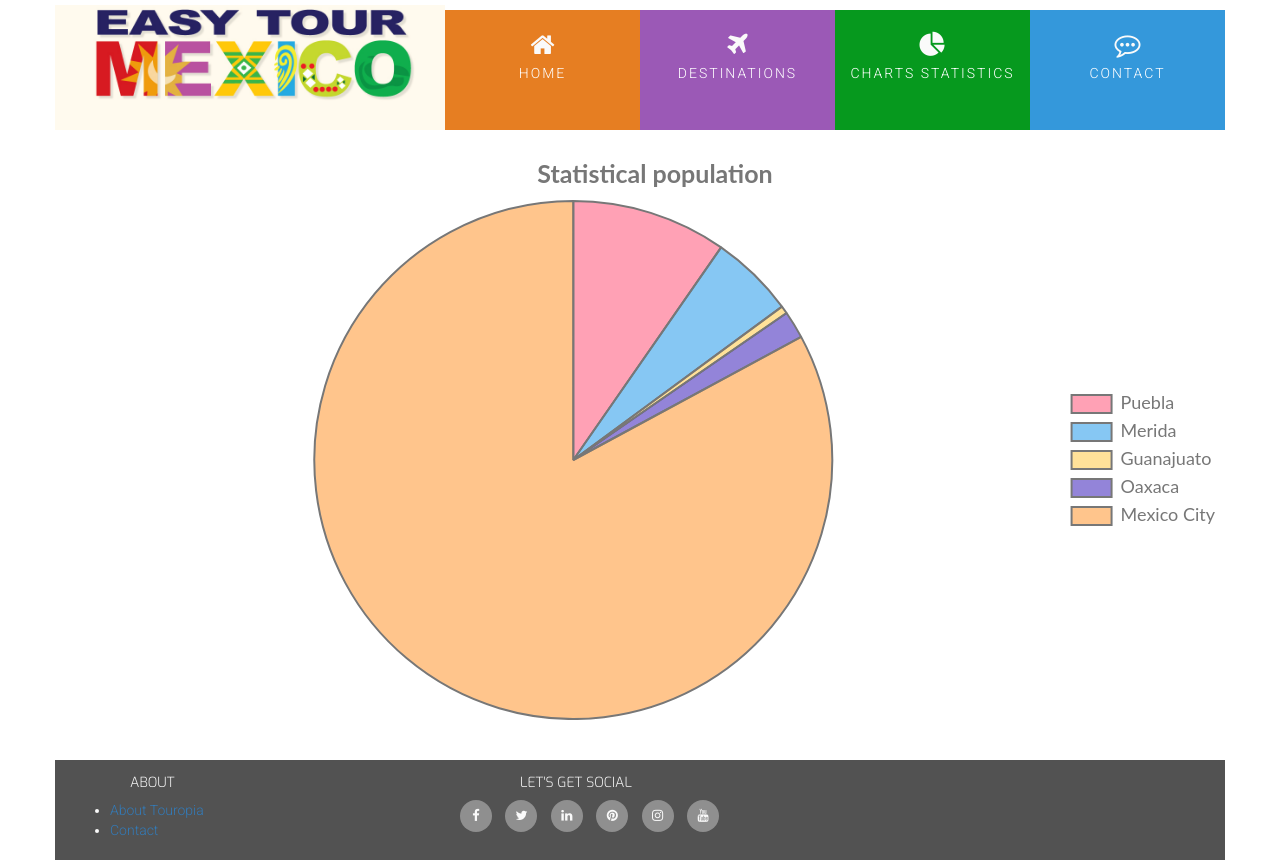
Repository: navegantemx/holiday-destination
Page: charts.html
The author's editor kept a record of every edit. The page is drawn from the files as they stood at one moment, then again after the next edit.
The browser window is 1280 px wide. The pictures show the whole page.
Some web libraries are served in a nearby version.

Above is the page before.

### charts.html
<!DOCTYPE html>
<html lang="en">
<head>
    <meta charset="UTF-8">
    <meta name="viewport" content="width=device-width, initial-scale=1.0">
    <meta http-equiv="X-UA-Compatible" content="ie=edge">
    <link rel="stylesheet" href="https://maxcdn.bootstrapcdn.com/bootstrap/3.3.7/css/bootstrap.min.css" type="text/css" />
    <link rel="stylesheet" href="https://maxcdn.bootstrapcdn.com/font-awesome/4.7.0/css/font-awesome.min.css" type="text/css" />
    <link rel="stylesheet" href="https://cdnjs.cloudflare.com/ajax/libs/hover.css/2.1.1/css/hover-min.css" type="text/css" />
    <link rel="stylesheet" href="assets/css/style.css" type="text/css" />
    <script src="https://cdnjs.cloudflare.com/ajax/libs/Chart.js/2.8.0/Chart.min.js"></script>
    <title>Holiday Destination - Mexico</title>
</head>
<body>

    <!-----------------------Website navigation bar design idea taken from resume-project "Rosie Odenkirk" ------------>
    <!-----------------------Website "Destinations" design idea taken from www.touropia.com/best-places-to-visit-in-mexico/ ------------>

    <!-----------------------Navigation Bar------------>
    <header class="container">
        <div class="row">
            <a href="index.html">
                <div class="col-md-4 logo"></div>
            </a>
            <div class="col-md-8">
                <div class="row">
                    <ul id="nav" class="list-inline clearfix">
                        <li class="col-xs-6 col-sm-3 ui-menu-color-home menuitem">
                            <a href="index.html" class="hvr-sweep-to-bottom"><i class="fa fa-home" aria-hidden="true"></i><span>Home</span></a>
                        </li>
                        <li class="col-xs-6 col-sm-3 ui-menu-color-destinations menuitem">
                            <a href="destinations.html" class="hvr-sweep-to-bottom"><i class="fa fa-plane" aria-hidden="true"></i><span>Destinations</span></a>
                        </li>
                        <li class="col-xs-6 col-sm-3 ui-menu-color-charts menuitem">
                            <a href="charts.html" class="hvr-sweep-to-bottom"><i class="fa fa-pie-chart" aria-hidden="true"></i><span>Charts Statistics</span></a>
                        </li>
                        <li class="col-xs-6 col-sm-3 ui-menu-color-contact menuitem">
                            <a href="contact.html" class="hvr-sweep-to-bottom"><i class="fa fa-commenting-o" aria-hidden="true"></i><span>Contact</span></a>
                        </li>
                    </ul>
                </div>
            </div>
        </div>
    </header>
    <br>

    <!-----------------------Pie Chart from https://www.chartjs.org/------------>

    <section class="container">
        <div class="container">
            <canvas id="myChart"></canvas>
        </div>
    </section>

    <!-----------------------Footer------------>

    <br>
    <!-----------------------Footer------------>
    <br>
    <footer class="container">
        <div id="footer-details " class="row ">
            <div class="col-sm-4 ">
                <h5 class="uppercase general-sub ">About</h5>
                <ul>
                    <li><a href="https://www.touropia.com/about/">About Touropia</a></li>
                    <li><a href="https://www.touropia.com/contact/">Contact</a></li>
                </ul>
            </div>
            <div class="col-sm-4 ">
                <h5 class="uppercase general-sub ">Let's get Social</h5>
                <ul class="list-inline social-links ">
                    <li><a target="_blank " href="# "><i class="fa fa-facebook "></i></a></li>
                    <li><a target="_blank " href="# "><i class="fa fa-twitter "></i></a></li>
                    <li><a target="_blank " href="# "><i class="fa fa-linkedin "></i></a></li>
                    <li><a target="_blank " href="# "><i class="fa fa-pinterest "></i></a></li>
                    <li><a target="_blank " href="# "><i class="fa fa-instagram "></i></a></li>
                    <li><a target="_blank " href="# "><i class="fa fa-youtube "></i></a></li>
                </ul>
            </div>
        </div>
    </footer>

    <!-----------------------Google Maps Javascript------------>

    <script src="assets/js/charts.js"></script>

</body>
</html>

### assets/css/style.css
@import url('https://fonts.googleapis.com/css?family=Roboto:100,200,300,400,500,600,700|Exo:100,200,300,400,500,600,700');

/*--------------------------------------------Colors*/

.bg-color-contact {
    background-color: #ffffff;
}

.bg-color-maps {
    background-color: #f4f4f4;
}

.ui-menu-color-home {
    background-color: #e67e22;
}

.ui-menu-color-destinations {
    background-color: #9b59b6;
}

.ui-menu-color-charts {
    background-color: #06991e;
}

.ui-menu-color-contact {
    background-color: #3498db;
}

body {
    font-family: Roboto, sans-serif;
    font-weight: 300;
    background-color: #FFFFFF;
    color: #555555;
}


/*--------------------------------------------Special Paddings/Margins/Text*/

.section-heading {
    text-align: center;
}


h1,
h2,
h3,
h4 {
    margin: 0;
}

p {
    margin-top: 20px;
    margin-right:120px;
    margin-bottom: 10px;
    margin-left: 0px;
}

.uppercase {
    text-transform: uppercase;
}

.general-sub {
    font-family: "Exo", sans-serif;
    font-weight: 300;
    color: #fafafa;
    margin-left: 60px;

}

/*--------------------------------------------Heading*/

header {
    margin: 0;
}

.heading {
    margin-left: 50px;
}

.row {
    margin-right: -15px;
    margin-left: -15px;
    margin-top: 5px;
}

.logo {
    background: url("../images/mexico.jpg");
    background-position: center;
    background-repeat: no-repeat;
    background-size: cover;
    min-height: 125px;
    transition: all .5s ease-in-out;
    -moz-transition: all .5s ease-in-out;
    -webkit-transition: all .5s ease-in-out;
}

.title {
    font-family: "Roboto", sans-serif;
    font-weight: 200;
    font-size: 28px;
    margin-top: 20px;
    margin-bottom: 90px;
    color: #ffffff;
}

#nav {
    margin: 0;
}

#nav li {
    padding: 0;
}

.menuitem {
    height: 120px;
    text-align: center;
    padding: 0;
}

.menuitem a {
    width: 100%;
    text-decoration: none;
    color: #ffffff;
    height: 120px;
}


.menuitem a i {
    padding-top: 22px;
    display: block;
    color: #fafafa;
    font-size: 26px;
}

.menuitem span {
    display: block;
    width: 100%;
    padding-top: 5px;
    text-align: center;
    text-transform: uppercase;
    font-size: 14px;
    font-weight: 300;
    letter-spacing: 2px;
}


.iframe {
    font-family: "Roboto", sans-serif;
    font-weight: 350;
    font-size: 18px;
    margin-top: 20px;
    margin-bottom: 90px;
    color: #000000;
}


/*--------------------------------------------Hover.css*/

.hvr-sweep-to-bottom:before {
    background: rgba(0, 0, 0, 0.2);
    height: 120px;
}


/*--------------------------------------------Footer*/

footer {
    background-color: #525252;
    color: #fafafa;
    min-height: 100px;
    margin: 0;
}

footer .cv-pdf i {
    color: #fafafa;
    text-align: center;
    font-size: 18px;
    padding-left: 5px;
}

footer .cv-pdf i:hover {
    color: #e84610;
    transition: all 0.35s ease-in-out;
    -moz-transition: all 0.35s ease-in-out;
    -webkit-transition: all 0.35s ease-in-out;
    -o-transition: all 0.35s ease-in-out;
}

.social-links {
    padding-bottom: 15px;
}

.social-links li a i {
    width: 32px;
    height: 32px;
    padding: 12px 0;
    border-radius: 50%;
    font-size: 13px;
    line-height: 7px;
    text-align: center;
    color: #fafafa;
    background: #8f8f8f;
    transition: all 0.35s ease-in-out;
    -moz-transition: all 0.35s ease-in-out;
    -webkit-transition: all 0.35s ease-in-out;
    -o-transition: all 0.35s ease-in-out;
}

.social-links li a i:hover {
    background: #e84610;
}

#footer-details {
    margin: 20px;
}

/*--------------------------------------------Contact*/

.contact-heading {
    font-family: "Exo", sans-serif;
    font-weight: 300;
    margin-top: 25px;
    margin-bottom: 20px;
}


.center-form {
    padding-top: 10px;
    margin: 0 auto;
    max-width: 70%;
}

button[type="submit"] {
    margin-top: 15px;
    margin-bottom: 20px;
    background-color: #e84610;
    color: #fafafa;
}

/*--------------------------------------------Map*/

#map {
    height: 500px;
}

/*--------------------------------------------Media Queries*/

@media(min-width: 992px) {
    .section-column {
        float: none;
        display: table-cell;
    }

    .center-form {
        padding-top: 30px;
        min-height: 240px;
        margin: 0 auto;
        max-width: 50%;
    }
}

### assets/js/charts.js
  // Traversy Media https://www.youtube.com/watch?v=sE08f4iuOhA

    let myChart = document.getElementById('myChart').getContext('2d');

    Chart.defaults.global.defaultFontFamily = 'Lato';
    Chart.defaults.global.defaultFontSize = 18;
    Chart.defaults.global.defaultFontColor = '#777';

    let massPopChart = new Chart(myChart, {
        type: 'pie', // bar, horizontalBar, pie, line, doughnut, radar, polarAerea
        data: {
            labels: ['Puebla', 'Merida', 'Guanajuato', 'Oaxaca', 'Mexico City'],
            datasets: [{
                label: 'Population',
                data: [1434062, 777615, 72237, 255029, 12294193],
                backgroundColor: [
                    'rgba(255, 99, 132, 0.6)',
                    'rgba(54, 162, 235, 0.6)',
                    'rgba(255, 206, 86, 0.6)',
                    'rgba(75, 50, 192, 0.6)',
                    'rgba(255, 159, 64, 0.6)'
                ],

                borderWith: 1,
                borderColor: '#777',
                hoverBoarderWidth: 3,
                hoverBoarderColor: '#000'
            }]
        },
        options: {
            title: {
                display: true,
                text: 'Statistical population',
                fontSize: 25
            },
            legend: {
                position: 'right'
            }
        },
    });

After the next edit:
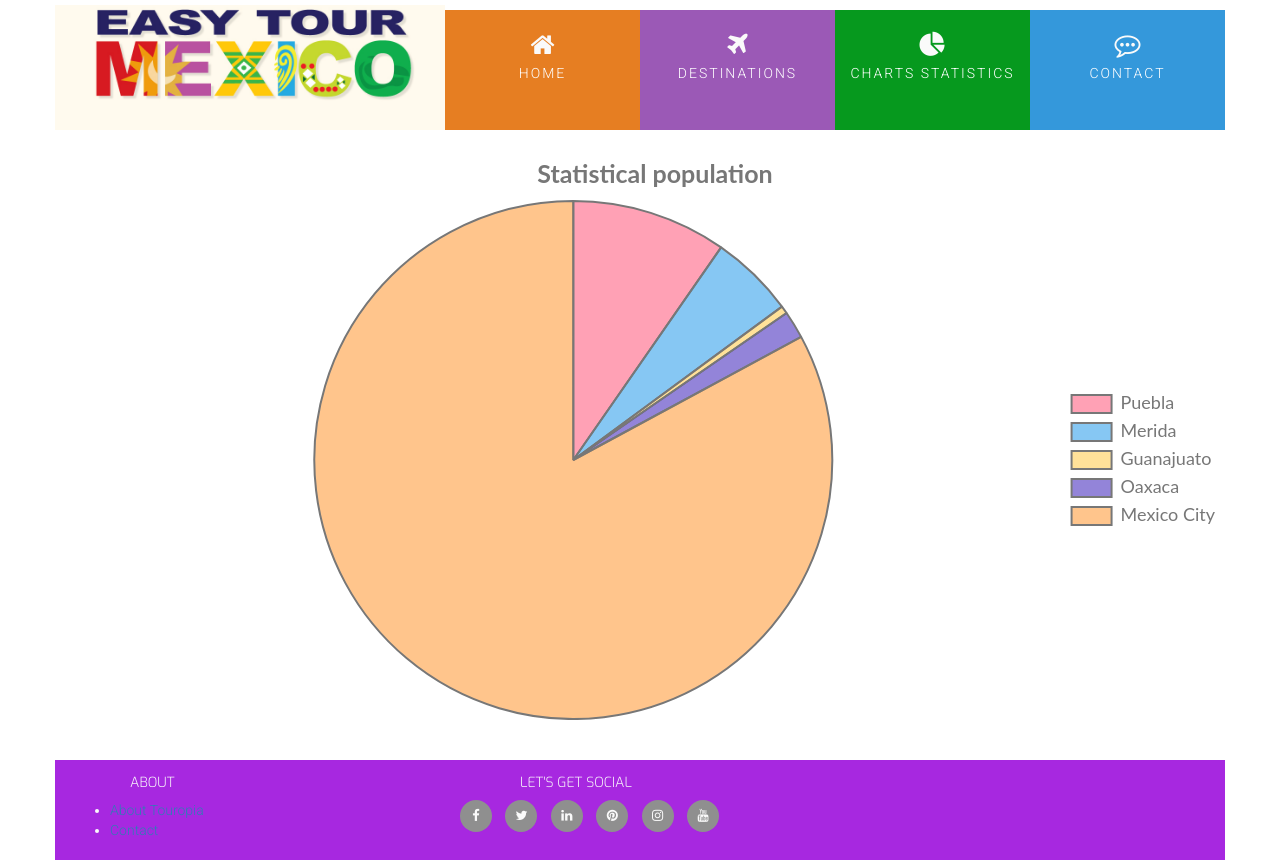
The edit:
--- a/assets/css/style.css
+++ b/assets/css/style.css
@@ -165,7 +165,7 @@
 /*--------------------------------------------Footer*/
 
 footer {
-    background-color: #525252;
+    background-color: #a728e0;
     color: #fafafa;
     min-height: 100px;
     margin: 0;
